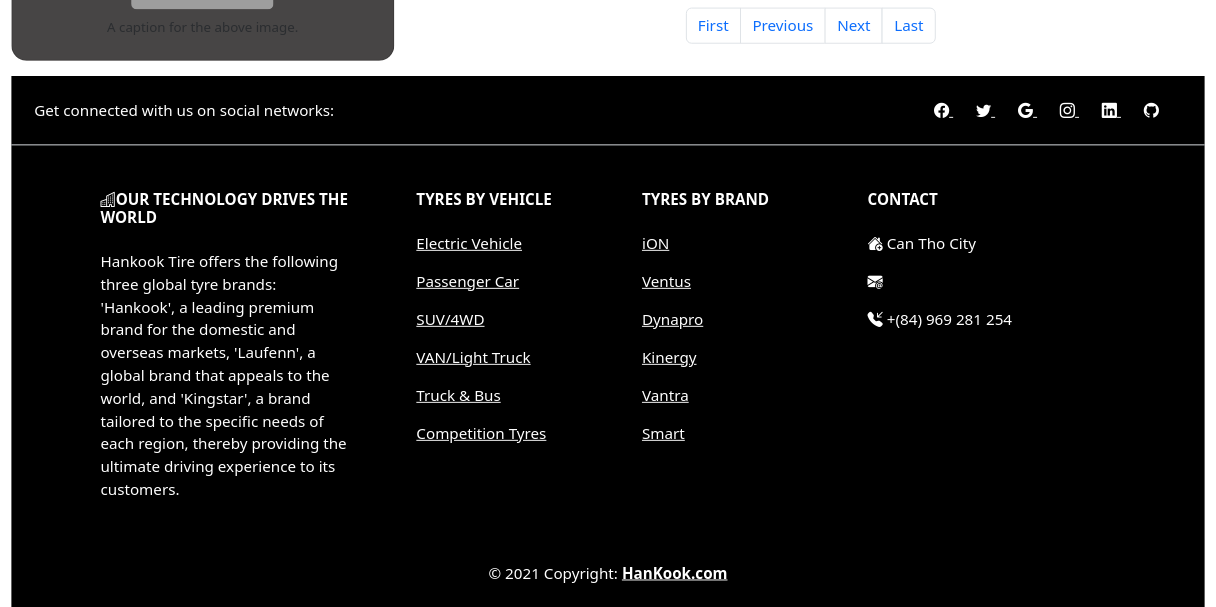
Repository: TrungAug/JAVA4
Page: myWeb/templates/editor.html
The author's editor kept a copy of each file at every save. The page is drawn from the files as they stood at one save, then again after the next save.
The browser window is 1280 px wide. The pictures show the part of the page from y = 740 to 1769 px (the page is 1379 px tall before and 1769 px after), at 95% of full size.
Pictures or frames that could not be fetched are drawn as grey boxes. A picture or video elsewhere on the page could not be fetched, so the positions and the page height are approximate.

Above is the page before, as saved 2023-11-15 19:35:24.

After the next save:
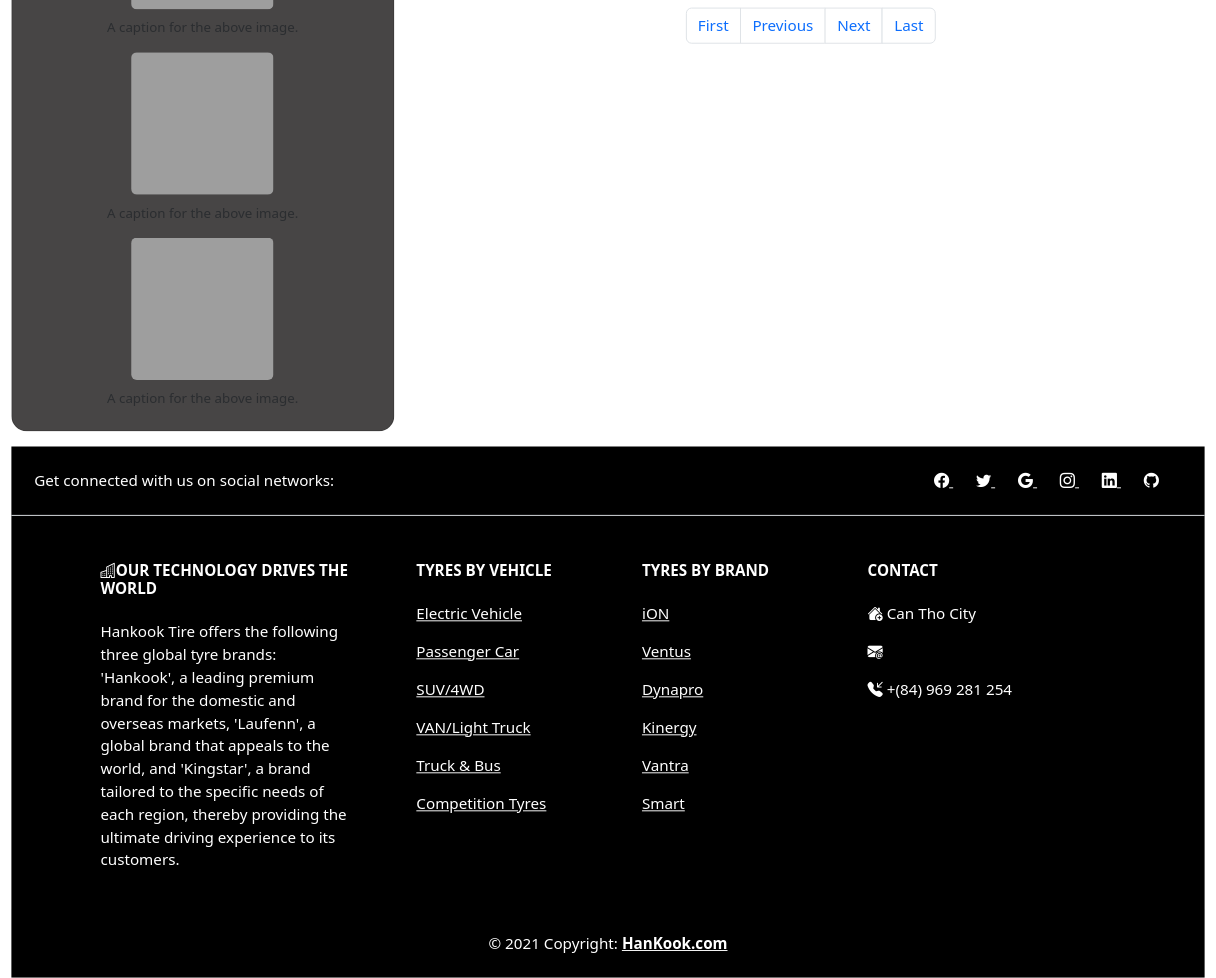
Saved 7 s later.
--- a/myWeb/templates/editor.html
+++ b/myWeb/templates/editor.html
@@ -129,7 +129,24 @@
                                             </figcaption>
                                         </figure>
                                     </div>
-
+                                    <div class="img-prod">
+                                        <figure class="figure">
+                                            <img src="https://asset.hankooktire.com/content/dam/hankooktire/eu/product/ion/ih01a/KV%20thumb(IH01)1.png"
+                                                class="figure-img img-fluid rounded" alt="..."
+                                                style="width: 150px;height: 150px;">
+                                            <figcaption class="figure-caption text-end">A caption for the above image.
+                                            </figcaption>
+                                        </figure>
+                                    </div>
+                                    <div class="img-prod">
+                                        <figure class="figure">
+                                            <img src="https://asset.hankooktire.com/content/dam/hankooktire/eu/product/ion/ih01a/KV%20thumb(IH01)1.png"
+                                                class="figure-img img-fluid rounded" alt="..."
+                                                style="width: 150px;height: 150px;">
+                                            <figcaption class="figure-caption text-end">A caption for the above image.
+                                            </figcaption>
+                                        </figure>
+                                    </div>
                                 </div>
 
                             </div>
